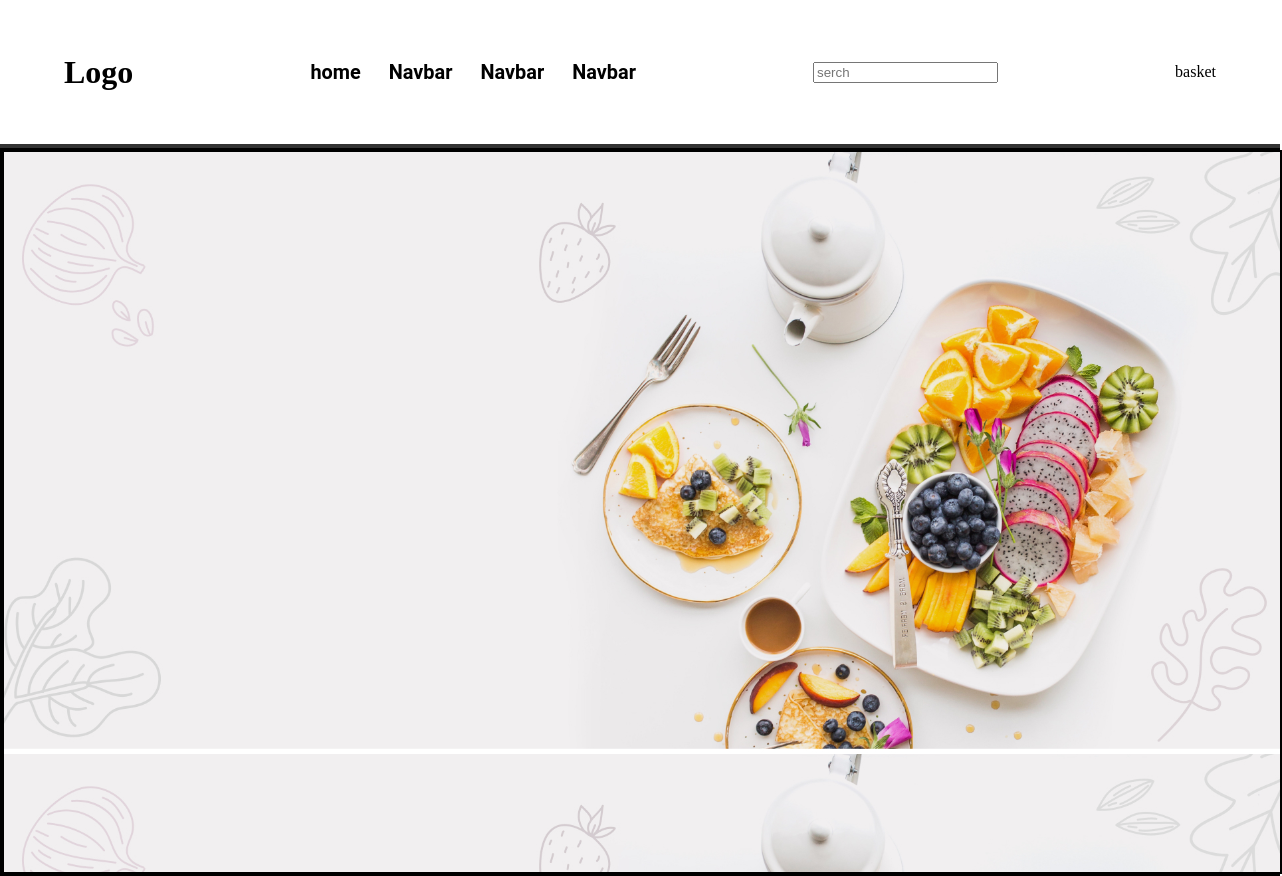
Repository: Islam432/Islam-and-Arsi---team
Page: /
These files come from the project's save history. The page is drawn as it stood at one moment and after the next save; the edit follows.
The browser window is 1280 px wide. The page is 1282 px wide, then 1280 px, then 1282 px, so the pictures cover 1282 px, including what lies to the right of the window. The pictures show the whole page.
The project was rebuilt for these pictures with package versions that can differ from the ones it lists, and the page was loaded fresh each time. Also part of the build but not shown: vite.config.js, src/App.css, src/components/Comp/Comp.jsx.

Above is the page before, as saved 2023-03-11 23:10:05.

### src/main.jsx
import React from "react";
import ReactDOM from "react-dom/client";
import App from "./App";
import "./index.css";
import { BrowserRouter } from "react-router-dom";


ReactDOM.createRoot(document.getElementById("root")).render(
  <React.StrictMode>

      <BrowserRouter>
        <App />
      </BrowserRouter>

  </React.StrictMode>
);

### src/App.jsx
import { useState } from "react";
import reactLogo from "./assets/react.svg";
import "./App.css";
import { Route, Routes } from "react-router-dom";
import { Layout } from "./components/Layout";
import { Home } from "./components/Home/Home";
import { Comp } from "./components/Comp/Comp";

function App() {
  return (

    <Layout>  <Routes>
    <Route path="/" element = {<Home/>}/>
    <Route path="/comp" element= {<Comp/>} />
  </Routes></Layout>

  );
}

export default App;

### src/components/Layout/index.jsx
import React from 'react'
import { Navbar } from '../Navbar/Navbar'

export const Layout = ({children}) => {
  return (
  <>
 <Navbar/>
  <main>{children}</main>
  </>
  )
}

### src/components/Home/Home.jsx
import React from 'react'
import styles from './Home.module.css'


export const Home = () => {
  return (
    <div className={styles.cont}>
      <div className={styles.blok1}></div>
    </div>
  )
}

### src/components/Navbar/Navbar.jsx
import React from "react";
import { NavLink } from "react-router-dom";
import styles from "./Navbar.module.css";

export const Navbar = () => {
  return (
    <div className={styles.cont}>
      <div className={styles.allnav}>
        <h1>Logo</h1>

        <div className={styles.navbar}>
          <NavLink to={'/'} className={styles.NavLink}>
            <h3>home</h3>
          </NavLink>
          <NavLink to={'/comp'} className={styles.NavLink}>
            <h3>Navbar</h3>
          </NavLink>
          <NavLink className={styles.NavLink}>
            <h3>Navbar</h3>
          </NavLink>
          <NavLink className={styles.NavLink}>
            <h3>Navbar</h3>
          </NavLink>

        </div>

        <div className={styles.inputblok}>
          <input type="text" placeholder="serch" />
        </div>

        <div>basket</div>
      </div>
    </div>
  );
};

### src/components/Home/Home.module.css
.cont{
    margin: 0;


  border: 2px solid black;
}
.blok1{
    background-image: url('./Banner.jpg');
  width: 100%;
 object-fit: cover;
min-height: 100vh;
    border: 2px solid black;
    background-size: contain;
}

### src/components/Navbar/Navbar.module.css
.cont {
    margin: 0;
  display: flex;
  align-items: center;
  justify-content: center;
  height: 20vh;
  background: #ffffff;
border-bottom: 4px solid #333;
}

.allnav {
  display: flex;
  align-items: center;
  justify-content: space-between;
  width: 90%;
  height: 10vh;

}
.navbar {
  display: flex;
  justify-content: space-around;
  align-items: center;
  gap: 28px;

  font-family: Roboto;
  font-style: Bold;
  font-size: 17px;

}
.NavLink{
    text-decoration: none;
    color: rgb(0, 0, 0);
}

Loaded but not shown: index.html (common file); src/index.css (common file)

After the next save:
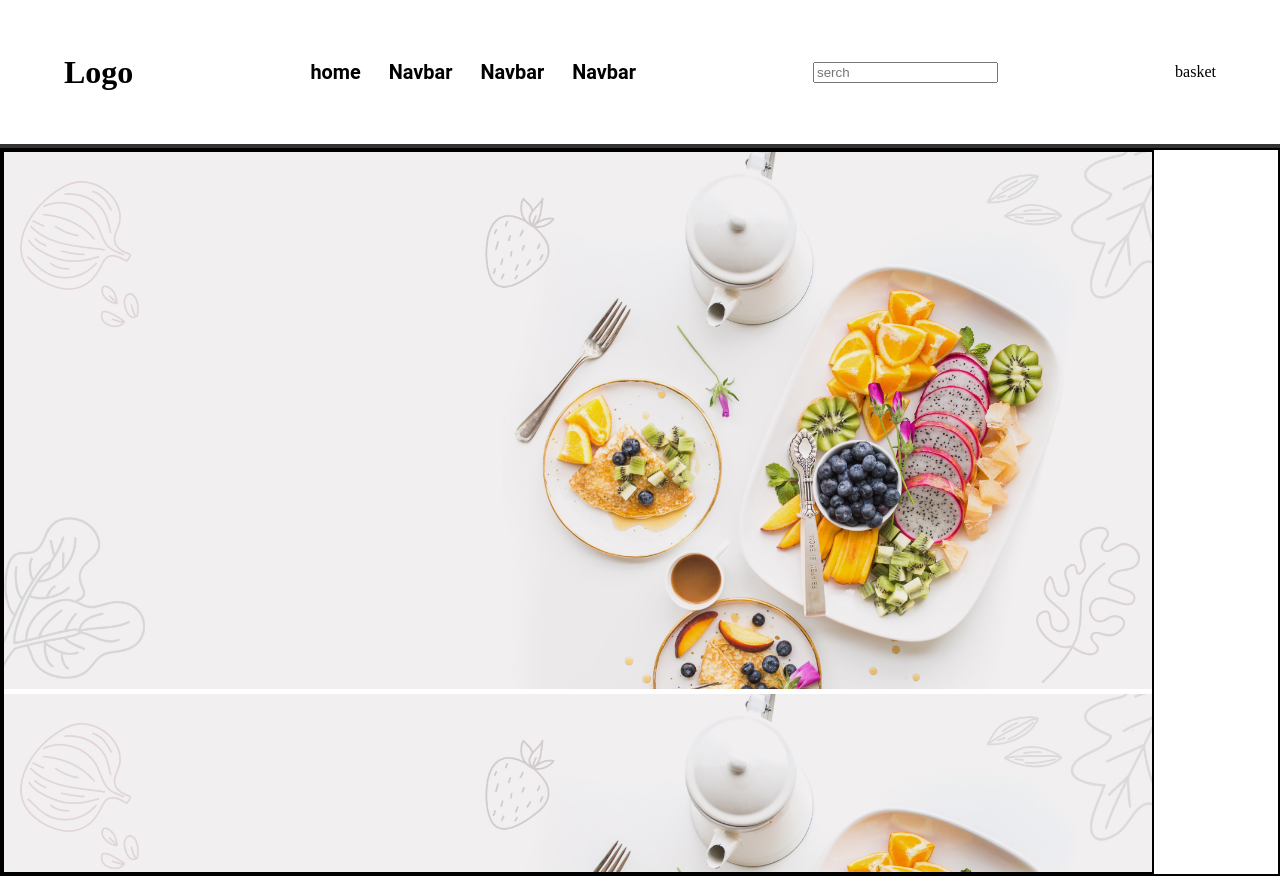
Saved 45 s later.
--- a/src/components/Home/Home.module.css
+++ b/src/components/Home/Home.module.css
@@ -6,7 +6,7 @@
 }
 .blok1{
     background-image: url('./Banner.jpg');
-  width: 100%;
+  width: 90%;
  object-fit: cover;
 min-height: 100vh;
     border: 2px solid black;

After the save that followed:
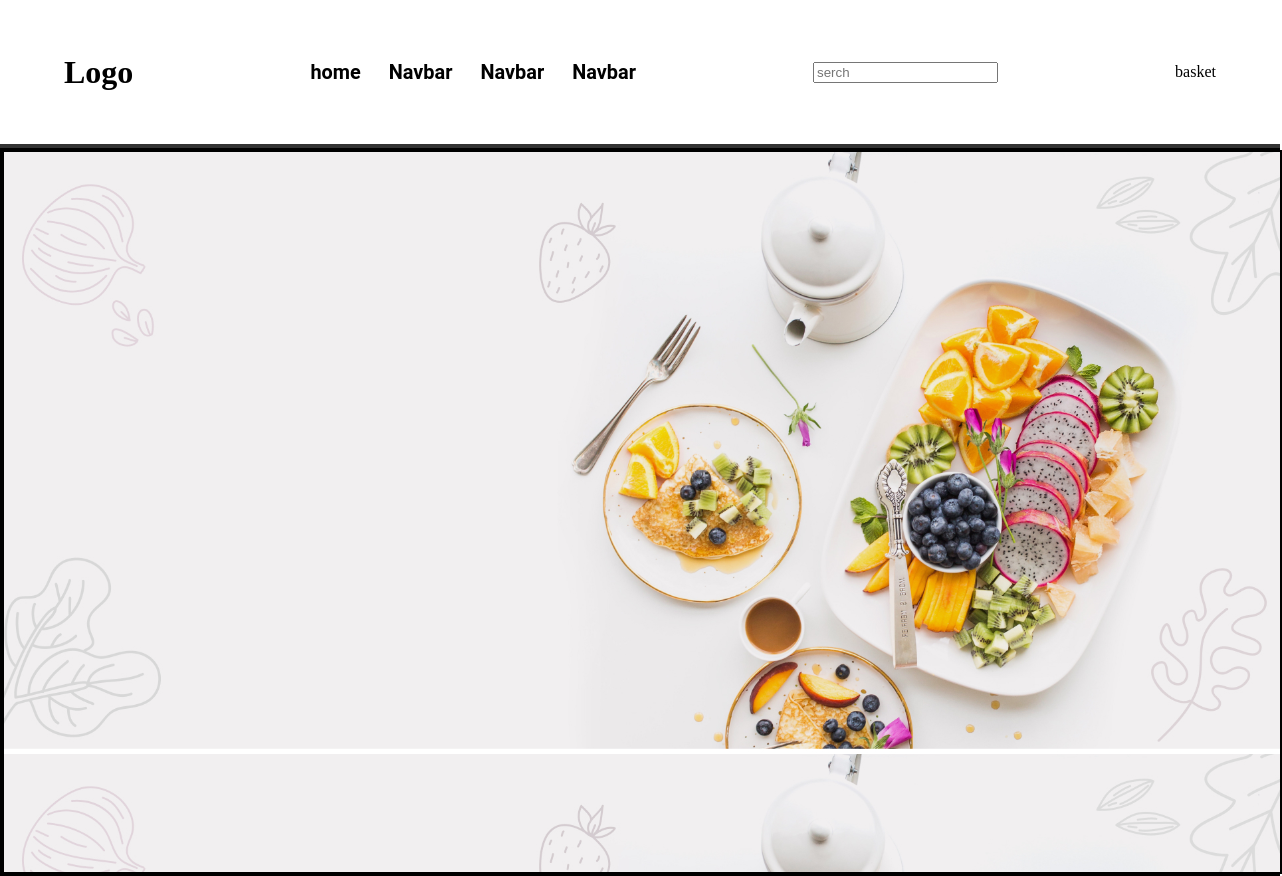
Saved 29 s later.
--- a/src/components/Home/Home.module.css
+++ b/src/components/Home/Home.module.css
@@ -6,7 +6,7 @@
 }
 .blok1{
     background-image: url('./Banner.jpg');
-  width: 90%;
+  width: 100%;
  object-fit: cover;
 min-height: 100vh;
     border: 2px solid black;
